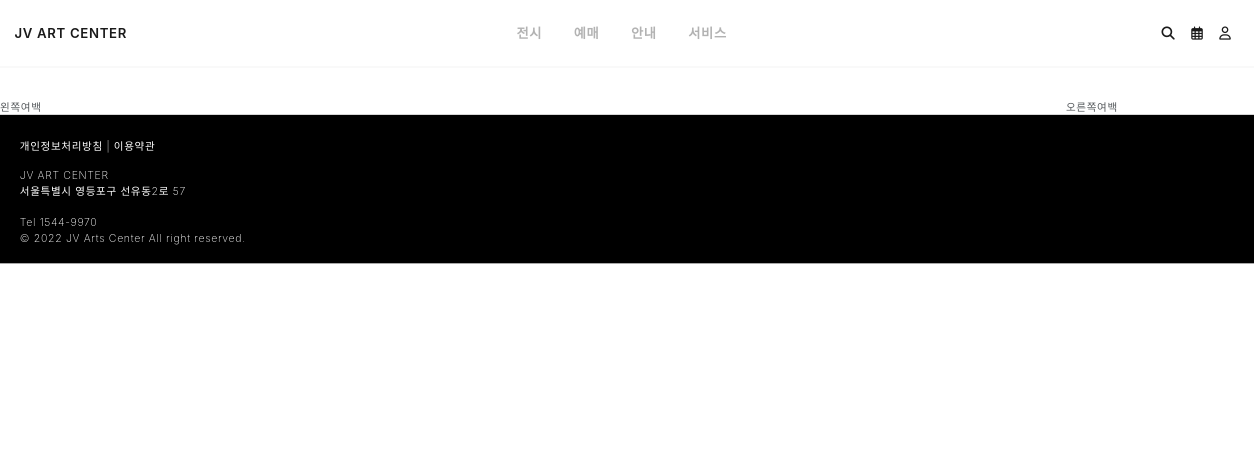
Repository: pshysd/SEMI_PROJECT
Page: http://localhost/JVArtCenter/index.jsp
The author's editor kept a copy of each file at every save. The page is drawn from the files as they stood at one save, then again after the next save.
The browser window is 1280 px wide. The page is 1900 px wide, so the pictures cover 1900 px, including what lies to the right of the window. The pictures show the whole page, at 66% of full size.
Some web fonts or font styles are not loaded; a fallback is used. Some web libraries are served in a nearby version. The page is served by Tomcat 9. Nobody is signed in. The application's start-up code is not run.

Above is the page before, as saved 2022-10-25 13:59:13.

After the next save:
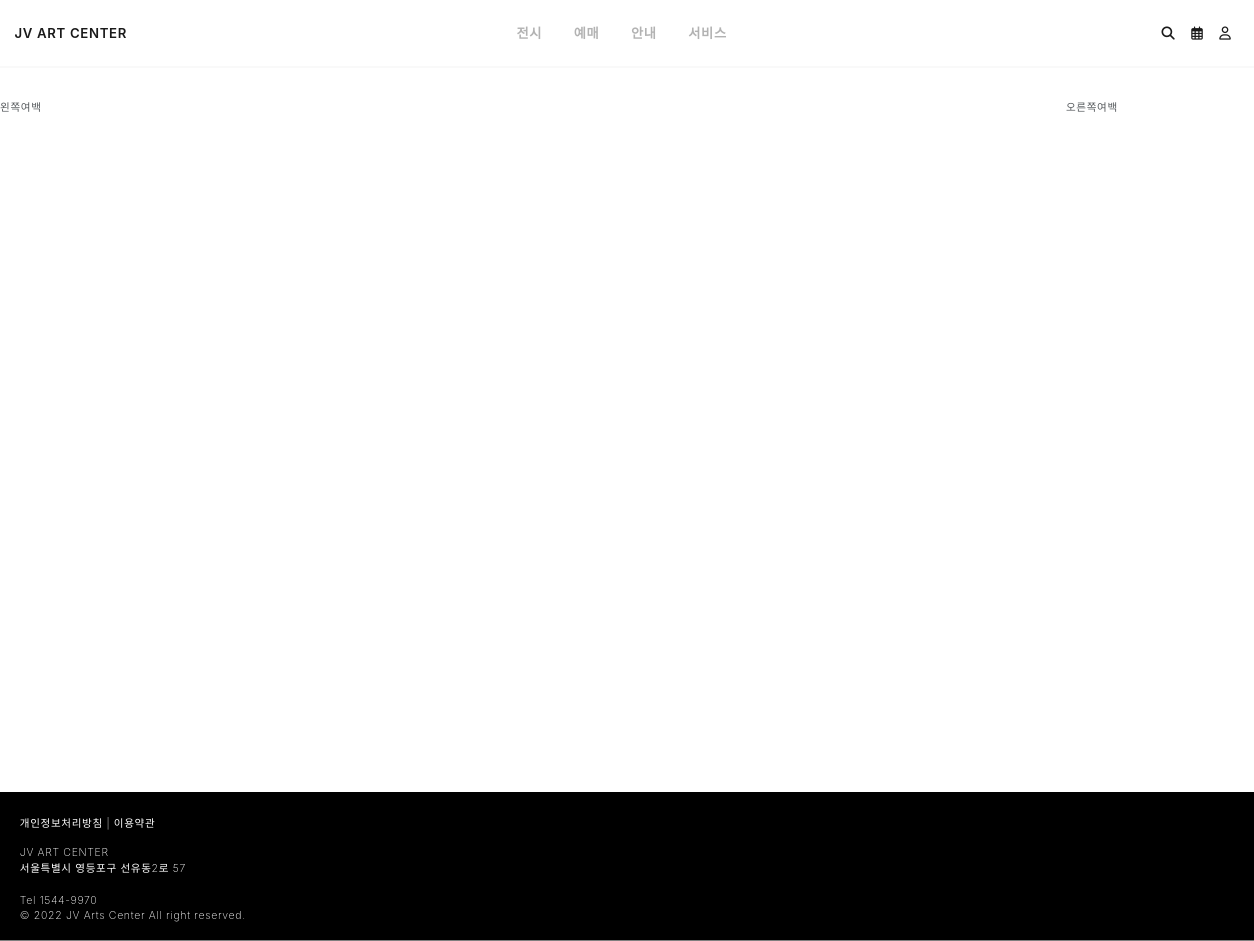
Saved 1 s later.
--- a/JVArtCenter/WebContent/views/common/menubar.jsp
+++ b/JVArtCenter/WebContent/views/common/menubar.jsp
@@ -101,13 +101,13 @@
 
     /* 고정된 세부메뉴 전체를 감싸는 div */
     #navi {
-      height: 5%;
+      height: 75px;
       text-align: center;
     }
 
     /* ---------- content ---------- */
     #content {
-      height: 70%;
+      height: 1050px;
       display: flex;
     }
 
